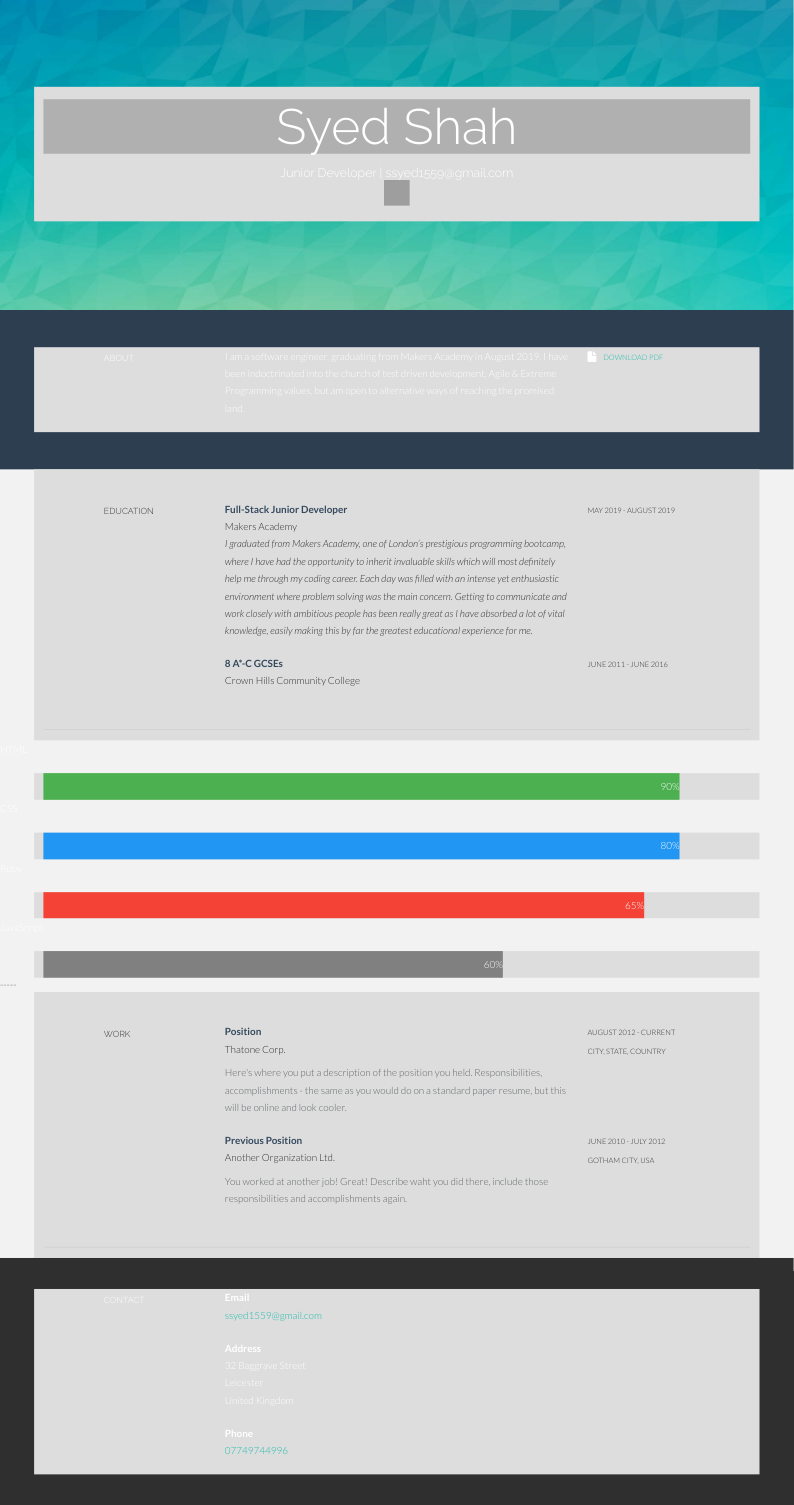
Repository: Syed-A-Shah/Resume
Page: index.html
The author's editor kept a record of every edit. The page is drawn from the files as they stood at one moment, then again after the next edit.
The browser window is 1280 px wide. The pictures show the whole page, at 62% of full size.
Pictures or frames that could not be fetched are drawn as grey boxes.

Above is the page before.

### index.html
<!DOCTYPE html>
<html lang="en">
 <head>
 	 <meta charset="utf-8">
    <meta name="viewport" content="width=device-width, initial-scale=1.0, maximum-scale=1.0, user-scalable=no">
    <!-- OPTIONAL: description -->
    <meta name="description" content="">
    <!-- OPTIONAL: author -->
    <meta name="author" content="">
    <link rel="shortcut icon" href="favicon.ico">
    <link rel="apple-touch-icon" href="icon.png" />

   <title>Resume</title>

   <!-- Bootstrap core CSS -->
    <link href="css/bootstrap.css" rel="stylesheet">
    <link rel="stylesheet" href="css/font-awesome.min.css">

    <!-- Link the main.css stylesheet -->
    <link href="css/main.css" rel="stylesheet">

    <!-- OPTIONAL: Google Fonts (don't forget to edit main.css also) -->
    <link href='//fonts.googleapis.com/css?family=Lato:300,400,700,300italic,400italic' rel='stylesheet' type='text/css'>
    <link href='//fonts.googleapis.com/css?family=Raleway:400,300,700' rel='stylesheet' type='text/css'>

    <!-- HTML5 shim and Respond.js IE8 support of HTML5 elements and media queries -->
    <!--[if lt IE 9]>
      <script src="js/html5shiv.js"></script>
      <script src="js/respond.min.js"></script>
    <![endif]-->

    <style>
* {box-sizing: border-box}

.container {
  width: 100%;
  background-color: #ddd;
}

.skills {
  text-align: right;
  padding-top: 10px;
  padding-bottom: 10px;
  color: white;
}

.html {width: 90%; background-color: #4CAF50;}
.css {width: 90%; background-color: #2196F3;}
.ruby {width: 85%; background-color: #f44336;}
.js {width: 65%; background-color: #808080;}
</style>

 </head>
 <body>

   <div class="header" id="headerwrap" align="center">
     <div class="container">
       <div class="row centered">
         <div class="col-lg-12 animated fadeInUp">
           <h1>Syed Shah</h1>
           <h3>Junior Developer |
            <a href="mailto:ssyed1559@gmail.com">ssyed1559@gmail.com</a>
            <p align="center"> <a href="https://github.com/Syed-A-Shah"><img src="https://cdn0.iconfinder.com/data/icons/octicons/1024/mark-github-512.png" alt="github" hspace="50" height="42" width="42"></a>
           </h3>
         </div><!--/.col-lg-12-->
       </div><!--/.row-->
     </div><!--/.container-->
   </div><!--/.#headerwrap-->

    <section id="about" name="about"></section>
    	<!-- ABOUT ME SECTION -->
     <div class="about">
       <div class="container">
         <div class="row">
           <div class="col-lg-2 col-lg-offset-1">
             <h5>ABOUT</h5>
           </div>
           <div class="col-lg-6">
    <p>I am a software engineer, graduating from Makers Academy in August 2019. I have been indoctrinated into the church of test driven development, Agile & Extreme Programming values, but am open to alternative ways of reaching the promised land.</p>
    </div>
           <div class="col-lg-3">
             <p><a href="CV.pdf"><i class="icon-file"></i> <sm>DOWNLOAD PDF</sm></a></p>
           </div>

         </div><!--/.row-->
       </div><!--/.container-->
     </div><!--/ #intro-->

 <section id="resume" name="resume"></section>
	<!-- EDUCATION SECTION -->
	<div class="container desc">
		<div class="row">

				<div class="col-lg-2 col-lg-offset-1">
					<h5>EDUCATION</h5>
				</div>
				<!-- EDIT: education line 1 -->
				<div class="col-lg-6">
					<p><t>Full-Stack Junior Developer</t><br/>
						Makers Academy
						<br/><i>I graduated from Makers Academy, one of London’s prestigious programming bootcamp,
where I have had the opportunity to inherit invaluable skills which will most definitely help me
through my coding career. Each day was filled with an intense yet enthusiastic environment
where problem solving was the main concern. Getting to communicate and work closely with
ambitious people has been really great as I have absorbed a lot of vital knowledge, easily
making this by far the greatest educational experience for me.</i>
					</p>
				</div>
				<div class="col-lg-3">
					<p><sm>MAY 2019 - AUGUST 2019</sm><br/>
					</p>
				</div>

				<!-- EDIT: education line 2 -->
				<div class="col-lg-6 col-lg-offset-3">
					<p><t>8 A*-C GCSEs</t><br/>
						 Crown Hills Community College
						<!--<br/><i>Extra info here</i>-->
					</p>
				</div>
				<div class="col-lg-3">
					<p><sm>JUNE 2011 - JUNE 2016</sm></p>
				</div>

		</div><!--/.row -->
		<br>
		<hr>
	</div><!--/.container -->

	<!-- WORK SECTION -->
	<p>HTML</p>
	<div class="container">
	  <div class="skills html">90%</div>
	</div>

	<p>CSS</p>
	<div class="container">
	  <div class="skills css">80%</div>
	</div>

	<p>Ruby</p>
	<div class="container">
	  <div class="skills ruby">65%</div>
	</div>

	<p>JavaScript</p>
	<div class="container">
	  <div class="skills js">60%</div>
	</div>
	-----
	<div class="container desc">
		<div class="row">

				<div class="col-lg-2 col-lg-offset-1">
					<h5>WORK</h5>
				</div>
				<!-- EDIT: work line 1 -->
				<div class="col-lg-6">
					<p class="tight"><t>Position </t><br/>
						Thatone Corp. <br/>
					</p>
					<p><more>Here's where you put a description of the position you held. Responsibilities, accomplishments - the same as you would do on a standard paper resume, but this will be online and look cooler.</more></p>
				</div>
				<div class="col-lg-3">
					<p><sm>AUGUST 2012 - CURRENT <br />
					CITY, STATE, COUNTRY</sm></p>
				</div>

				<!-- EDIT: work line 2-->
				<div class="col-lg-6 col-lg-offset-3">
					<p class="tight"><t>Previous Position</t><br/>
						Another Organization Ltd. <br/>
					</p>
					<p><more>You worked at another job! Great! Describe waht you did there, include those responsibilities and accomplishments again.</more></p>
				</div>
				<div class="col-lg-3">
					<p><sm>JUNE 2010 - JULY 2012 <br />
					GOTHAM CITY, USA</sm></p>
				</div>
		</div><!--/.row -->
		<br>
		<hr>
	</div><!--/.container -->

	<section id="contact" name="contact"></section>
		<!--FOOTER DESCRIPTION -->
		<div id="footwrap" class="footer">
			<div class="container">
				<div class="row">

					<div class="col-lg-2 col-lg-offset-1">
						<h5>CONTACT</h5>
					</div>
					<!-- EDIT: email -->
					<div class="col-lg-6">
						<p><t>Email</t><br/>
							<a href="mailto:ssyed1559@gmail.com" class="mail">ssyed1559@gmail.com</a> <br/>
						</p>
						<!-- EDIT: address -->
						<p><t>Address</t><br/>
							32 Baggrave Street <br/>
							Leicester<br/>
							United Kingdom<br/>
						</p>
						<!-- EDIT: phone number -->
						<p><t>Phone</t><br/>
							<a href="tel:07749744996" class="tel">07749744996</a> <br/>
						</p>
					</div>
				</div><!--/.row -->
			</div><!--/.container -->
		</div><!--/ #footer -->

</body>
</html>

### css/main.css
body {
  background-color: #f2f2f2;
  font-family: "Lato"; /* OPTIONAL: Google Fonts - base font */
  font-weight: 300;
  font-size: 16px;
  color: #555;

  -webkit-font-smoothing: antialiased;
  -webkit-overflow-scrolling: touch;
}

/* Titles */
h1, h2, h3, h4, h5, h6 {
  font-family: "Raleway"; /* OPTIONAL: Google Fonts - title font */
  font-weight: 300;
  color: #333;
}

/* Paragraph & Typographic */
p {
  line-height: 28px;
  margin-bottom: 25px;
}

.centered {
    text-align: center;
}

/* Links */
a {
  color: #1CBCAD;
  word-wrap: break-word;

  -webkit-transition: color 0.1s ease-in, background 0.1s ease-in;
  -moz-transition: color 0.1s ease-in, background 0.1s ease-in;
  -ms-transition: color 0.1s ease-in, background 0.1s ease-in;
  -o-transition: color 0.1s ease-in, background 0.1s ease-in;
  transition: color 0.1s ease-in, background 0.1s ease-in;
}

a:hover,
a:focus {
  color: #7b7b7b;
  text-decoration: none;
  outline: 0;
}

a:before,
a:after {
  -webkit-transition: color 0.1s ease-in, background 0.1s ease-in;
  -moz-transition: color 0.1s ease-in, background 0.1s ease-in;
  -ms-transition: color 0.1s ease-in, background 0.1s ease-in;
  -o-transition: color 0.1s ease-in, background 0.1s ease-in;
  transition: color 0.1s ease-in, background 0.1s ease-in;
}

 hr {
  display: block;
  height: 1px;
  border: 0;
  border-top: 1px solid #ccc;
  margin: 1em 0;
  padding: 0;
}

/*---------------------------------------------------
  SECTION WRAPS
---------------------------------------------------*/

/* Header Wrap */
.header {
  background: #1CBCAD;
  background: url(../images/header-bg.jpg) no-repeat center top;
  padding-top:140px;
  text-align:center;
  background-attachment: relative;
  background-position: center center;
  min-height: 500px;
  width: 100%;

  -webkit-background-size: 100%;
  -moz-background-size: 100%;
  -o-background-size: 100%;
  background-size: 100%;

  -webkit-background-size: cover;
  -moz-background-size: cover;
  -o-background-size: cover;
  background-size: cover;
}

.header h1 {
  font-size: 80px;
  color: white;
  background: rgba(0,0,0,0.2);
}

.header h3 {
  font-size: 20px;
  color: white;
}

.header h3 a {
  color: #fff;
}

/* About Wrap */
.about {
  background: #2c3e50;
  padding-top: 60px;
  padding-bottom: 60px;
  color: white;
}

.about h5, p {
  color: white;
}

.about i {
  color: white;
  font-size: 20px;
  padding-right: 8px;
  vertical-align: middle;
}

.footer {
  background: #2f2f2f;
  padding-top: 50px;
  padding-bottom: 50px;
}

.footer p {
  color: white;
}

.footer h5 {
  color: white;
}

.footer t {
  font-weight: 700;
}

/* social icons: */
.footer i {
  padding-right: 8px;
  /*color: #1abc9c;*/
}

/* Global Values */

.desc {
  padding-top: 50px;
}

.desc p {
  color: #2f2f2f;
}

.desc t {
  color: #34495e;
  font-weight: 700;
}

.desc imp {
  padding: 6px;
  color: white;
  background: #34495e;
}

.desc more {
  color: #616669;
}


sm {
  font-size: 12px;
}

.desc .col-lg-3 {
  text-transform: uppercase;
}

.container .row p.tight {
  margin-bottom: 10px;
}

/* define some CSS3 animations: */
body {
  /* Addresses a small issue in webkit: http://bit.ly/NEdoDq */
  -webkit-backface-visibility: hidden;
}

.animated {
  -webkit-animation-duration: 1s;
  -moz-animation-duration: 1s;
  -o-animation-duration: 1s;
  animation-duration: 1s;
  -webkit-animation-fill-mode: both;
  -moz-animation-fill-mode: both;
  -o-animation-fill-mode: both;
  animation-fill-mode: both;
}

@-webkit-keyframes fadeIn {
  0% {
    opacity: 0;
  }

  100% {
    opacity: 1;
  }
}

@-moz-keyframes fadeIn {
  0% {
    opacity: 0;
  }

  100% {
    opacity: 1;
  }
}

@-o-keyframes fadeIn {
  0% {
    opacity: 0;
  }

  100% {
    opacity: 1;
  }
}

@keyframes fadeIn {
  0% {
    opacity: 0;
  }

  100% {
    opacity: 1;
  }
}

.fadeIn {
  -webkit-animation-name: fadeIn;
  -moz-animation-name: fadeIn;
  -o-animation-name: fadeIn;
  animation-name: fadeIn;
}

/* 1 */
@-webkit-keyframes fadeInUp {
  0% {
    opacity: 0;
    -webkit-transform: translateY(20px);
  }

  100% {
    opacity: 1;
    -webkit-transform: translateY(0);
  }
}

@-moz-keyframes fadeInUp {
  0% {
    opacity: 0;
    -moz-transform: translateY(20px);
  }

  100% {
    opacity: 1;
    -moz-transform: translateY(0);
  }
}

@-o-keyframes fadeInUp {
  0% {
    opacity: 0;
    -o-transform: translateY(20px);
  }

  100% {
    opacity: 1;
    -o-transform: translateY(0);
  }
}

@keyframes fadeInUp {
  0% {
    opacity: 0;
    transform: translateY(20px);
  }

  100% {
    opacity: 1;
    transform: translateY(0);
  }
}

.fadeInUp {
  -webkit-animation-name: fadeInUp;
  -moz-animation-name: fadeInUp;
  -o-animation-name: fadeInUp;
  animation-name: fadeInUp;
  }

* {box-sizing: border-box}

.container2 {
  width: 100%;
  background-color: #ddd;
}

.skills {
  text-align: right;
  padding-top: 10px;
  padding-bottom: 10px;
  color: white;
}

.html {width: 90%; background-color: #4CAF50;}
.css {width: 90%; background-color: #2196F3;}
.ruby {width: 85%; background-color: #f44336;}
.js {width: 65%; background-color: #808080;}

Loaded but not shown: css/bootstrap.css (library); css/font-awesome.min.css (library)

After the next edit:
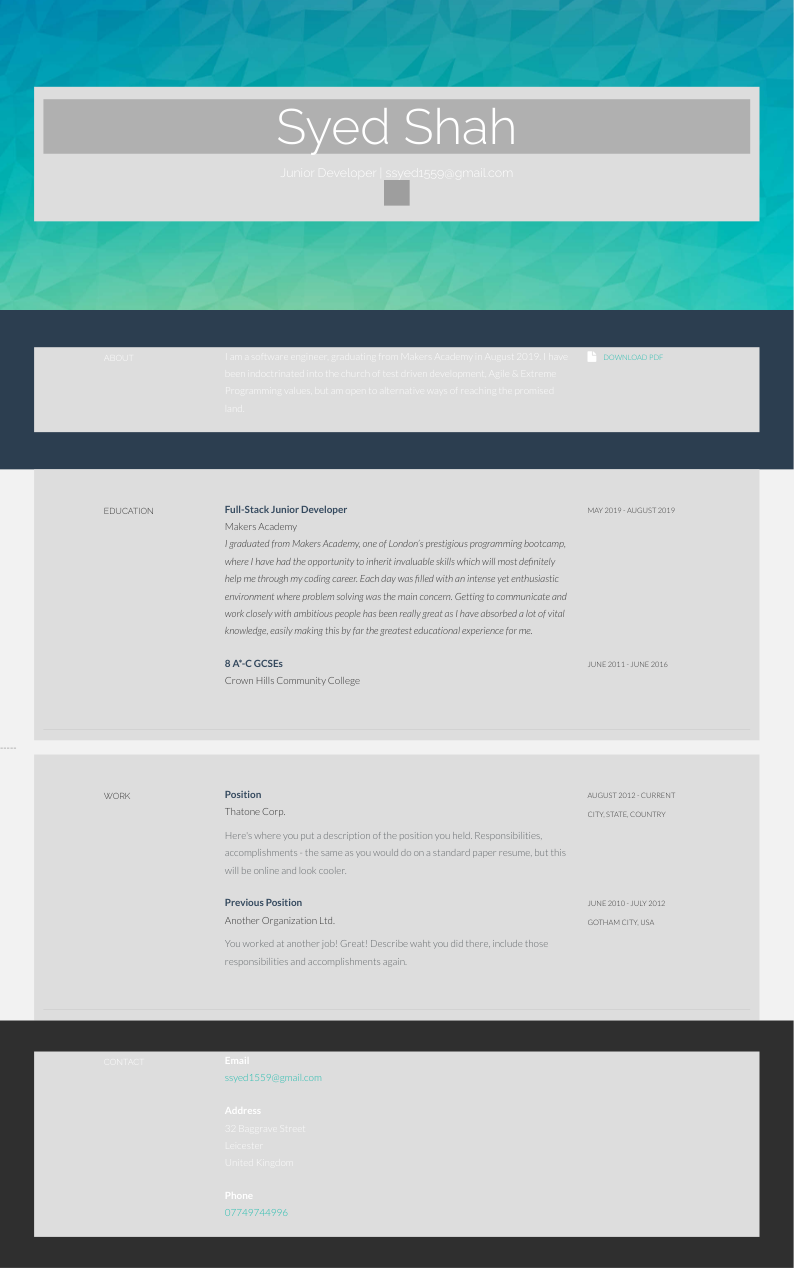
The edit:
--- a/index.html
+++ b/index.html
@@ -128,25 +128,25 @@
 	</div><!--/.container -->
 
 	<!-- WORK SECTION -->
-	<p>HTML</p>
-	<div class="container">
-	  <div class="skills html">90%</div>
-	</div>
-
-	<p>CSS</p>
-	<div class="container">
-	  <div class="skills css">80%</div>
-	</div>
-
-	<p>Ruby</p>
-	<div class="container">
-	  <div class="skills ruby">65%</div>
-	</div>
-
-	<p>JavaScript</p>
-	<div class="container">
-	  <div class="skills js">60%</div>
-	</div>
+	<!--<p>HTML</p>-->
+	<!--<div class="container">-->
+	<!--  <div class="skills html">90%</div>-->
+	<!--</div>-->
+
+	<!--<p>CSS</p>-->
+	<!--<div class="container">-->
+	<!--  <div class="skills css">80%</div>-->
+	<!--</div>-->
+
+	<!--<p>Ruby</p>-->
+	<!--<div class="container">-->
+	<!--  <div class="skills ruby">65%</div>-->
+	<!--</div>-->
+
+	<!--<p>JavaScript</p>-->
+	<!--<div class="container">-->
+	<!--  <div class="skills js">60%</div>-->
+	<!--</div>-->
 	-----
 	<div class="container desc">
 		<div class="row">

After the 2 edits that followed:
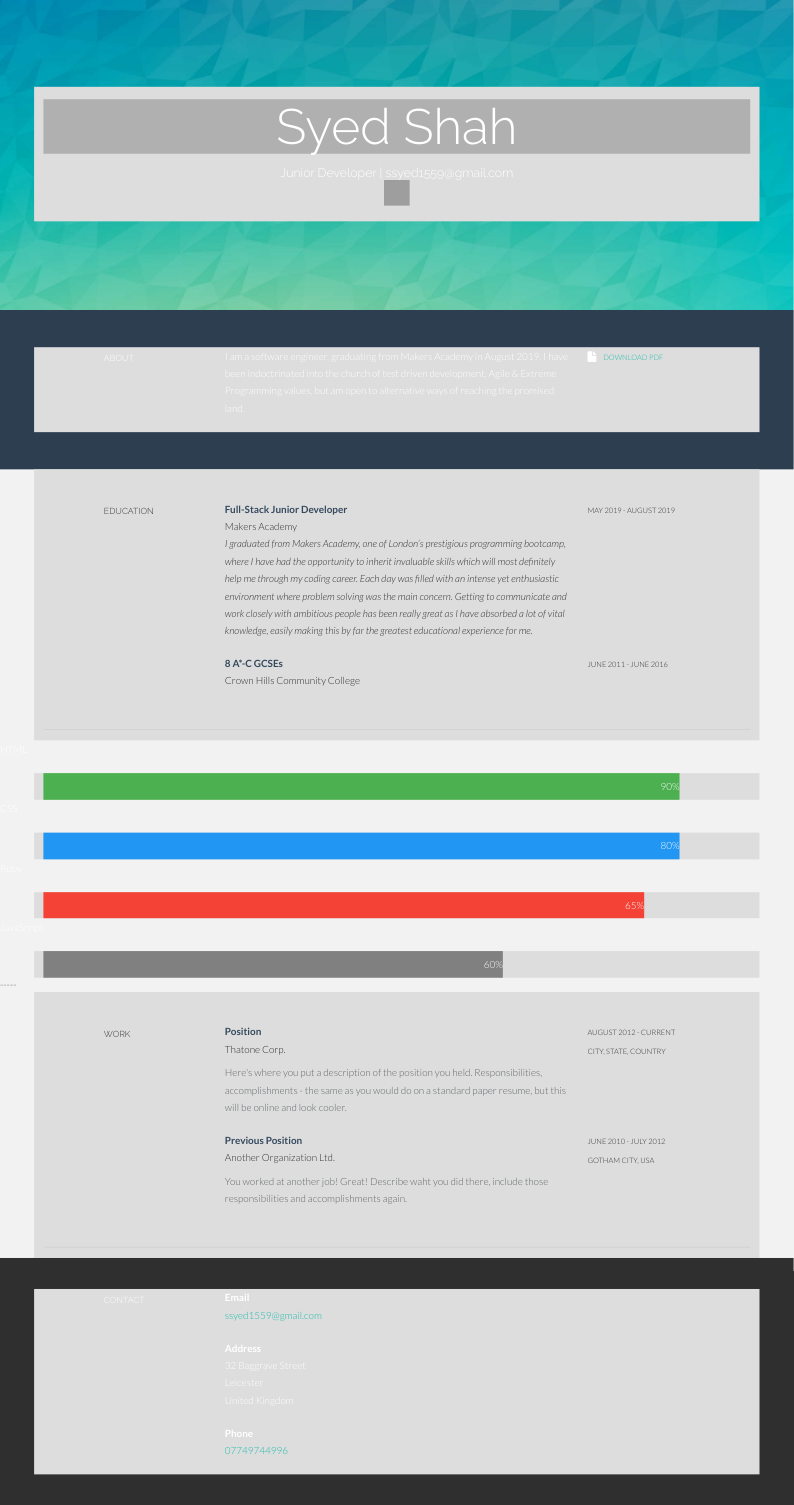
The 2 edits are shown as one change because 1 left the picture as it was.
The edit:
--- a/index.html
+++ b/index.html
@@ -29,7 +29,7 @@
       <script src="js/respond.min.js"></script>
     <![endif]-->
 
-    <style>
+<style>
 * {box-sizing: border-box}
 
 .container {
@@ -128,25 +128,25 @@
 	</div><!--/.container -->
 
 	<!-- WORK SECTION -->
-	<!--<p>HTML</p>-->
-	<!--<div class="container">-->
-	<!--  <div class="skills html">90%</div>-->
-	<!--</div>-->
-
-	<!--<p>CSS</p>-->
-	<!--<div class="container">-->
-	<!--  <div class="skills css">80%</div>-->
-	<!--</div>-->
-
-	<!--<p>Ruby</p>-->
-	<!--<div class="container">-->
-	<!--  <div class="skills ruby">65%</div>-->
-	<!--</div>-->
-
-	<!--<p>JavaScript</p>-->
-	<!--<div class="container">-->
-	<!--  <div class="skills js">60%</div>-->
-	<!--</div>-->
+	<p>HTML</p>
+	<div class="container">
+	  <div class="skills html">90%</div>
+	</div>
+
+	<p>CSS</p>
+	<div class="container">
+	  <div class="skills css">80%</div>
+	</div>
+
+	<p>Ruby</p>
+	<div class="container">
+	  <div class="skills ruby">65%</div>
+	</div>
+
+	<p>JavaScript</p>
+	<div class="container">
+	  <div class="skills js">60%</div>
+	</div>
 	-----
 	<div class="container desc">
 		<div class="row">
